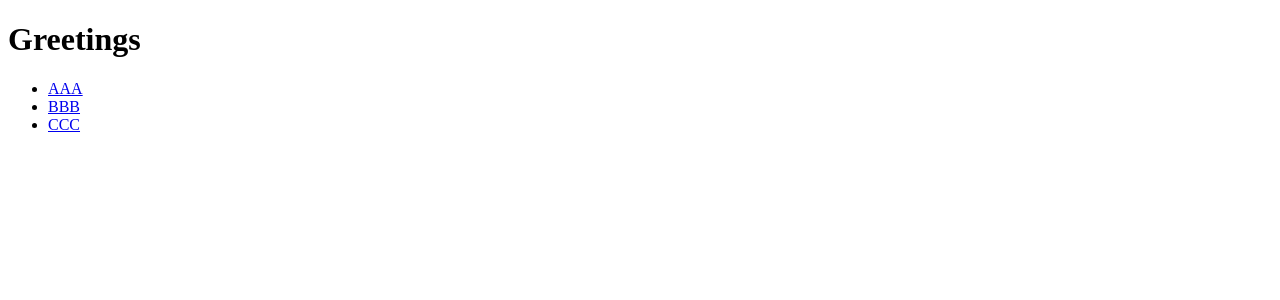
Repository: kanakoJUDY/datespots
Page: exam-1/second.html
The author's editor kept a record of every edit. The page is drawn from the files as they stood at one moment, then again after the next edit.
The browser window is 1280 px wide. The pictures show the whole page.

Above is the page before.

After the next edit:
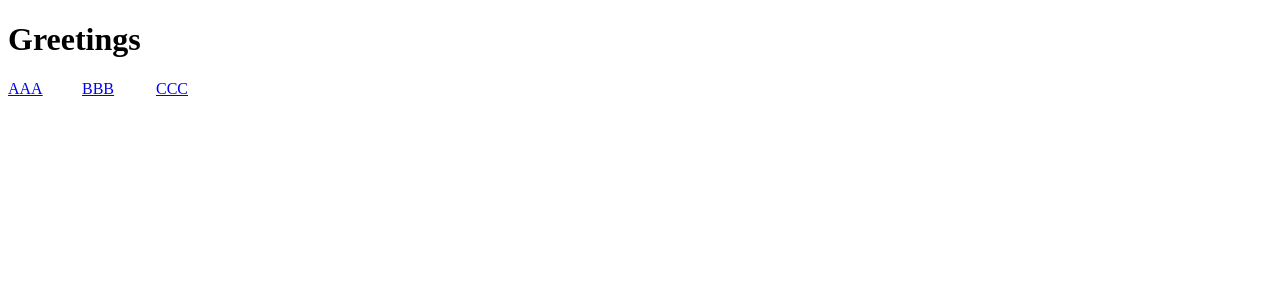
The edit:
--- a/exam-1/second.html
+++ b/exam-1/second.html
@@ -3,7 +3,7 @@
     <head>
         <meta charset="utf-8">
         <title>exam</title>
-        <link rel="stylesheet" href="first.css">
+        <link rel="stylesheet" href="second.css">
     </head>
 
     <body>
